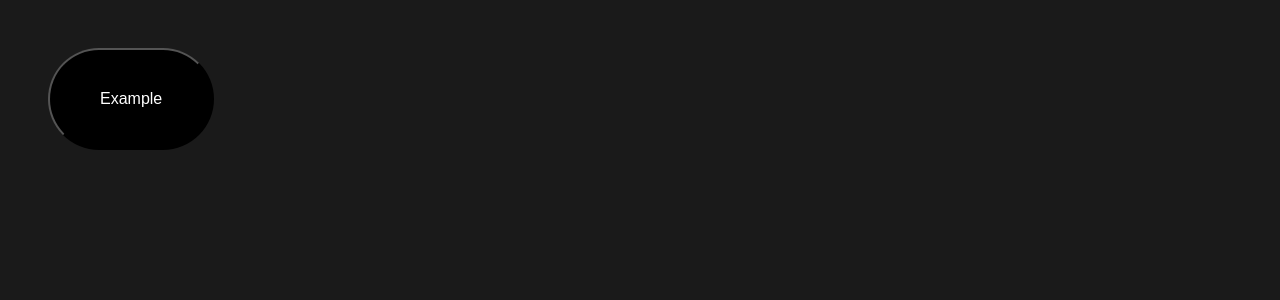
Repository: Folody-Team/Patery-UI
Page: example/index.html
An editor plug-in stored every save of this project. The page is shown before and after the next save, followed by the edit.
The browser window is 1280 px wide. The pictures show the whole page.

Above is the page before, as saved 2022-01-17 11:02:49.

### example/index.html
<!DOCTYPE html>
<html lang="en">
<head>
    <meta charset="UTF-8">
    <meta http-equiv="X-UA-Compatible" content="IE=edge">
    <meta name="viewport" content="width=device-width, initial-scale=1.0">
    <title>Example</title>
    <link rel="stylesheet" href="../patery-ui.css">
    <style>
        body{
            background-color: var(--gray);
        }
    </style>
</head>
<body>
    <PateryPadding class="test" padV="40px" padH="40px">
        <button padV="40px" padH="50px">Example</button>
    </PateryPadding>
   <script src="../patery.js"></script>
</body>
</html>

### patery-ui.css
/*
    A modern website theme framework and simplified elements. Patery UI was born to simplify and also bring a modern touch, making the website interface more professional. (Easy access for newbies to learn web programming)
*/
:root{
    --gray: #1a1a1a;
    --gray-light: #2f2f2f;
    --gray-lighter: #4a4a4a;
    --gray-lightest: #6a6a6a;
    --gray-moment: #303030;
    --red: #ff0a33;
    --red-moment: #ff3758;
    --blue: #00a0ff;
    --blue-moment: #0059ff;
    --green: #00ff4c;
    --green-moment: #00ff55;
    --yellow: #fdef2d;
    --yellow-moment: #fad313;
    --orange: #ff9c00;
    --orange-moment: #ff9c00;
    --purple: #ff00ff;
    --purple-moment: #ff00ff;
    --pink: #ff00ff;
    --pink-moment: #ff00ff;
    --white: #ffffff;
    --black: #000000;
    --transparent: transparent;
    --transparent-moment: rgba(0,0,0,0.5);
    --transparent-light: rgba(255,255,255,0.5);
    --transparent-dark: rgba(0,0,0,0.5);
    --transparent-lightest: rgba(255,255,255,0.1);
    --transparent-darkest: rgba(0,0,0,0.1);
    --transparent-light-moment: rgba(255,255,255,0.5);
    --transparent-dark-moment: rgba(0,0,0,0.5);
    --transparent-light-lightest: rgba(255,255,255,0.1);
    --transparent-dark-darkest: rgba(0,0,0,0.1);
    --transparent-light-light: rgba(255,255,255,0.2);
    --transparent-dark-dark: rgba(0,0,0,0.2);
}
button{
    position: relative;
    background-color: black;
    border-radius: 4em;
    font-size: 16px;
    color: white;
    padding: 0.8em 1.8em;
    cursor:pointer;
    user-select:none;
    text-align: center;
    text-decoration: none;
    cursor: pointer;
    transition-duration: 0.4s;
    -webkit-transition-duration: 0.4s; /* Safari */
}
button:hover {
    transition-duration: 0.1s;
    background-color: #3A3A3A;
  }

  button:after {
    content: "";
    display: block;
    position: absolute;
    border-radius: 4em;
    left: 0;
    top:0;
    width: 100%;
    height: 100%;
    opacity: 0;
    transition: all 0.5s;
    box-shadow: 0 0 10px 40px white;
  }

  button:active:after {
    box-shadow: 0 0 0 0 white;
    position: absolute;
    border-radius: 4em;
    left: 0;
    top:0;
    opacity: 1;
    transition: 0s;
  }

  button:active {
    top: 1px;
  }

### patery.js
/**
 * Patery UI Library v0.1.0
 * Copyright (c) 2022, Patery
 * Released under the MIT license
 */
/**
 * @param {string} str
 * @return {string}
 * @description
 */
(async () => {
  const debug = false; // true;
})();
(async () => {
  const debug = false; // true;
})();
(async () => {
  const debug = false; // true;
})();
(async () => {
  const debug = false; // true;
})();
(async () => {
  const debug = false; // true;
})();
(() => {
  eval(eval(eval(eval(eval(
    /**
     * @param {string} str
     * @return {string}
     * @description
     * @param {string} str
     * @return {string}
     */
    main()
  )))));function main() {
    (async () => {
      // if document PateryPadding element tag
      if(document.querySelector("PateryPadding")) {
        const P = document.querySelector("PateryPadding");
        const D = document.createElement("div");
        const A = P.attributes;
        for (let i = 0; i < A.length; i++) {
          D.setAttribute(A[i].name, A[i].value);
        }
        while (P.firstChild) {
          D.appendChild(P.firstChild);
        }
        P.parentNode.replaceChild(D, P);
      }
    })();
    (async () => {
      if (document.body.innerHTML.includes("403 Forbidden")) return;
      if (document.title.includes("404")) return;
      document.querySelectorAll("*").forEach(function (e) {
        if (e.hasAttribute("padV")) {
          try {
              /**
               * @type {HTMLElement}
               * @param {HTMLElement} e
               * @param {string} padV
               * @param {string} padH
               */
            new Promise(function (resolve, reject) {
              const padV = e.getAttribute("padV");
              resolve(padV);
            }).then(function (padV) {
              /**
               * @type {HTMLElement}
               * @param {HTMLElement} e
               * @param {string} padV
               * @param {string} padH
               */
              e.style.paddingTop = padV;
              e.style.paddingBottom = padV;
              e.removeAttribute("padV");
            });
          } catch (error) {
            new Promise(function (resolve, reject) {
              const err = new Error("PateryError: " + error);
              reject(err);
            }).then(function (err) {
              console.error(err);
            });
          }
        }
        if (e.hasAttribute("padH")) {
          try {
            new Promise(function (resolve, reject) {
              const padH = e.getAttribute("padH");
              resolve(padH);
            }).then(function (padH) {
              e.style.paddingLeft = padH;
              e.style.paddingRight = padH;
              e.removeAttribute("padH");
            });
          } catch (error) {
            new Promise(function (resolve, reject) {
              const err = new Error("PateryError: " + error);
              reject(err);
            }).then(function (err) {
              console.error(err);
            });
          }
        }
      });
    })();
    (async () => {
      if (document.body.innerHTML.includes("403 Forbidden")) return;
      if (document.title.includes("404")) return;
      document.querySelectorAll("*").forEach(function (e) {
        if (e.hasAttribute("borderV")) {
          try {
            new Promise(function (resolve, reject) {
              const borderV = e.getAttribute("borderV");
              resolve(borderV);
            }).then(function (borderV) {
              e.style.borderTop = borderV;
              e.style.borderBottom = borderV;
              e.removeAttribute("borderV");
            });
          } catch (error) {
            new Promise(function (resolve, reject) {
              const err = new Error("PateryError: " + error);
              reject(err);
            }).then(function (err) {
              console.error(err);
            });
          }
        }
        if (e.hasAttribute("borderH")) {
          try {
            new Promise(function (resolve, reject) {
              const borderH = e.getAttribute("borderH");
              resolve(borderH);
            }).then(function (borderH) {
              e.style.borderLeft = borderH;
              e.style.borderRight = borderH;
              e.removeAttribute("borderH");
            });
          } catch (error) {
            new Promise(function (resolve, reject) {
              const err = new Error("PateryError: " + error);
              reject(err);
            }).then(function (err) {
              console.error(err);
            });
          }
        }
      });
    })();
  }
})();

After the next save:
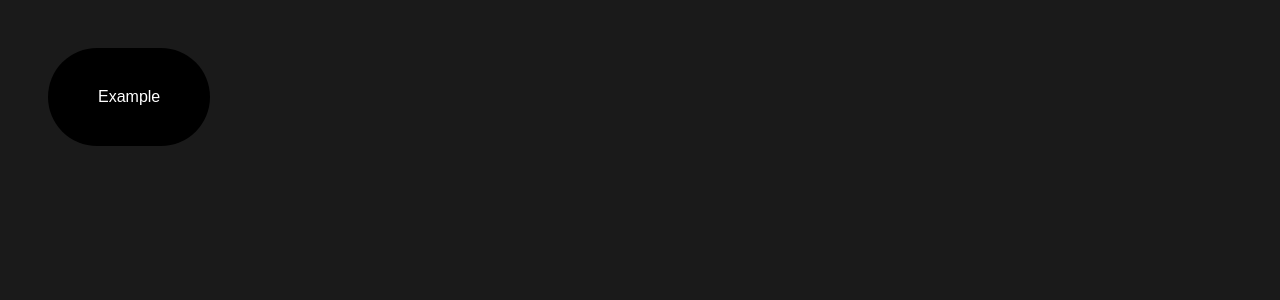
Saved 13 min 37 s later.
--- a/patery-ui.css
+++ b/patery-ui.css
@@ -39,6 +39,7 @@
 button{
     position: relative;
     background-color: black;
+    border-style: none;
     border-radius: 4em;
     font-size: 16px;
     color: white;
@@ -54,9 +55,9 @@ button{
 button:hover {
     transition-duration: 0.1s;
     background-color: #3A3A3A;
-  }
+}
 
-  button:after {
+button:after {
     content: "";
     display: block;
     position: absolute;
@@ -68,9 +69,9 @@ button:hover {
     opacity: 0;
     transition: all 0.5s;
     box-shadow: 0 0 10px 40px white;
-  }
+}
 
-  button:active:after {
+button:active:after {
     box-shadow: 0 0 0 0 white;
     position: absolute;
     border-radius: 4em;
@@ -78,8 +79,8 @@ button:hover {
     top:0;
     opacity: 1;
     transition: 0s;
-  }
+}
 
-  button:active {
+button:active {
     top: 1px;
-  }
+}
